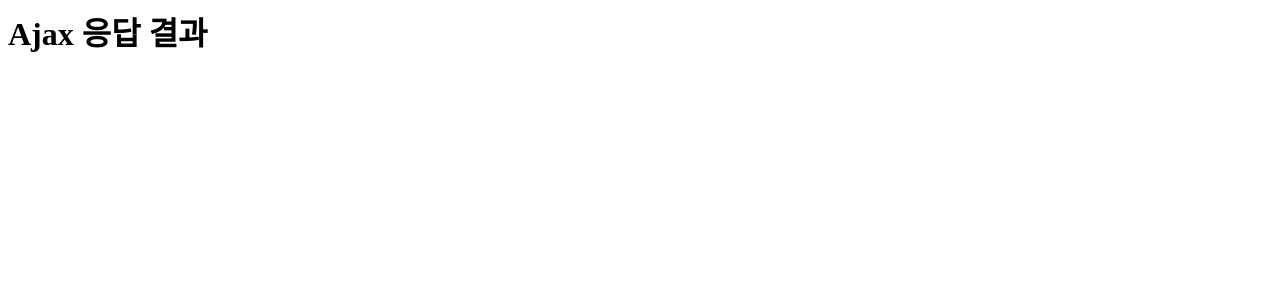
Repository: shouvoo/bitAcademy
Page: http://localhost/06_javascript/jquary/ajax/test02
The author's editor kept a copy of each file at every save. The page is drawn from the files as they stood at one save, then again after the next save.
The browser window is 1280 px wide. The pictures show the whole page.
The page is served by Tomcat 9.

Above is the page before, as saved 2017-11-28 01:11:57.

After the next save:
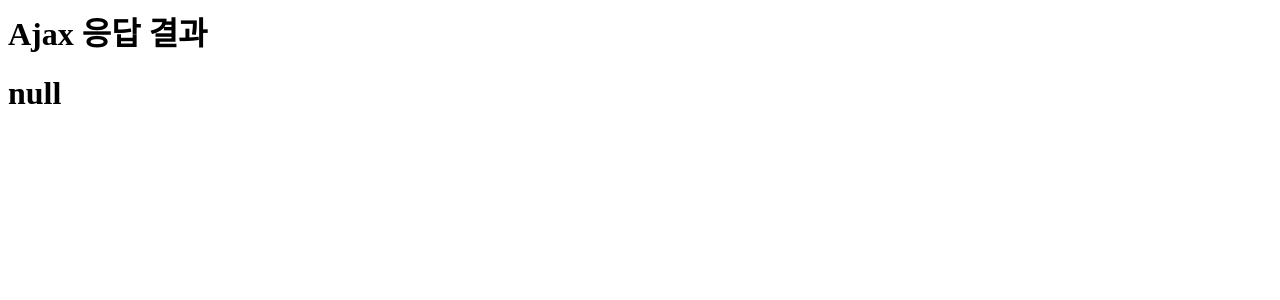
Saved 24 s later.
--- a/work/jsp/06_javascript/src/jquery/ajax/Test02.java
+++ b/work/jsp/06_javascript/src/jquery/ajax/Test02.java
@@ -19,6 +19,7 @@ public class Test02 extends HttpServlet
 		String msg = request.getParameter("msg");
 		PrintWriter out = response.getWriter();
 		out.println("<h1>Ajax 응답 결과</h1>");
+		out.println("<h1>" + msg + "</h1>");
 		out.close();
 	}
 }
